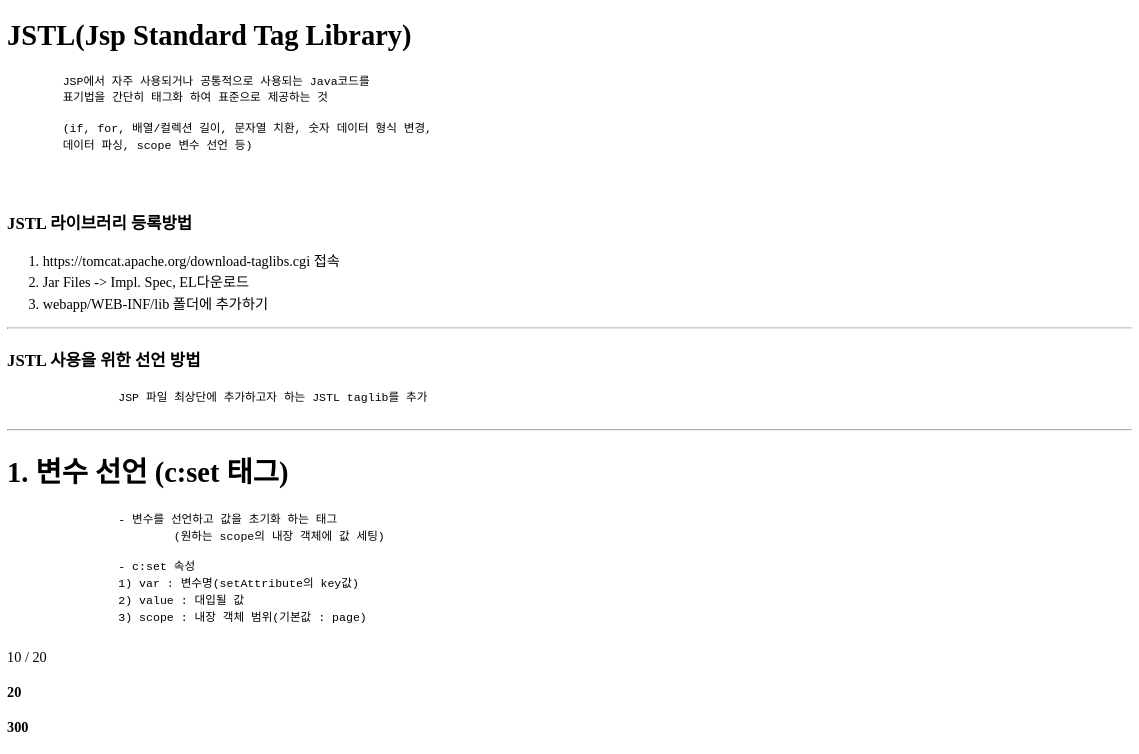
Repository: hyungjuIM/06_Server
Page: http://localhost/JSPProject2/jstl
The author's editor kept a copy of each file at every save. The page is drawn from the files as they stood at one save, then again after a run of saves.
The browser window is 1280 px wide. The pictures show the whole page, at 89% of full size.
The page is served by Tomcat 9.

Above is the page before, as saved 2023-03-21 10:34:33.

After the next 4 saves:
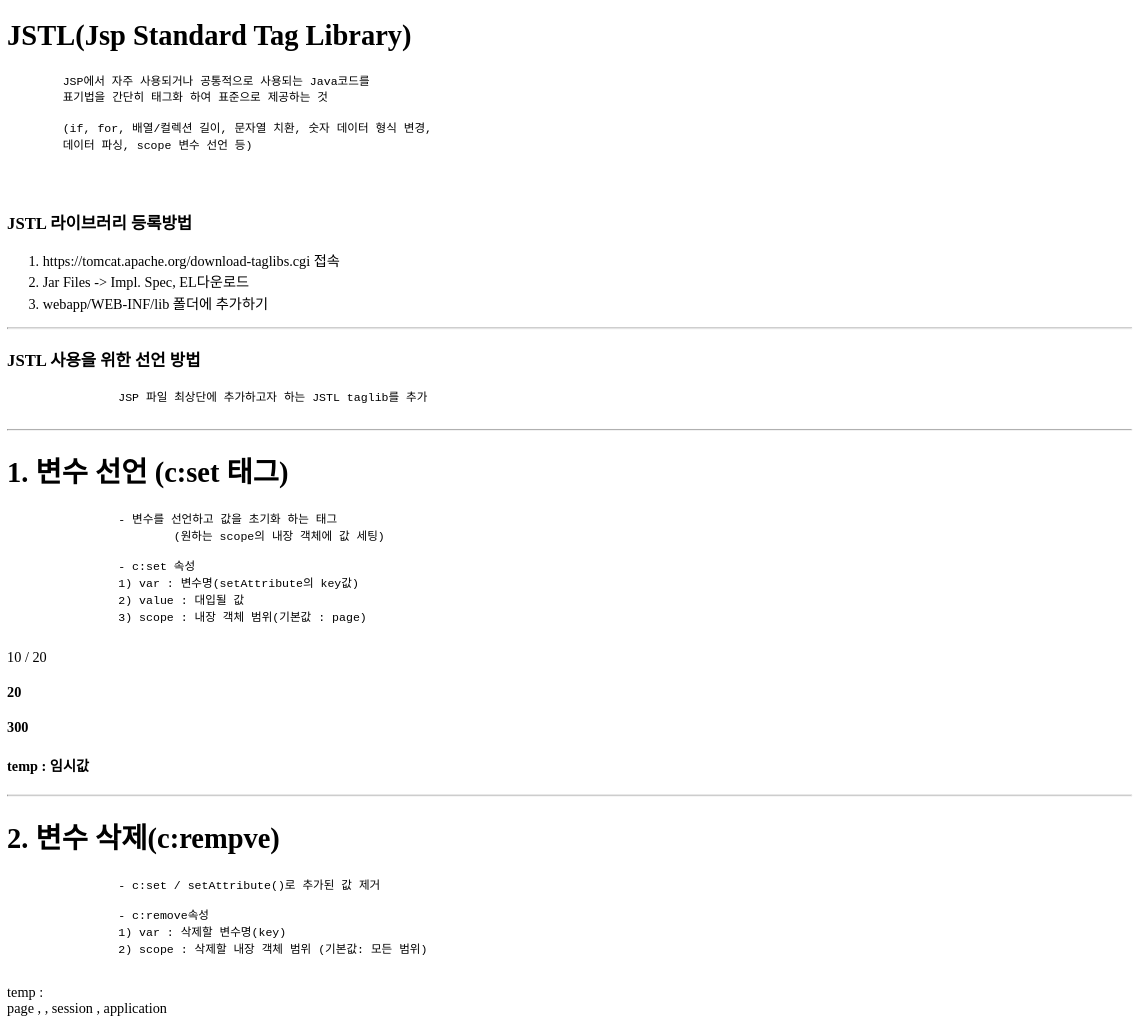
The 4 saves are shown as one change because 3 did not build or start.
The last was saved 8 min 35 s later.
--- a/JSPProject2/src/main/webapp/WEB-INF/views/jstl.jsp
+++ b/JSPProject2/src/main/webapp/WEB-INF/views/jstl.jsp
@@ -62,6 +62,34 @@
     	<h4>${num2}</h4> <!-- 20 -->
     	<h4>${requestScope.num2}</h4> <!-- 300 -->
 
+    	<c:set var="temp" value="임시값" scope="session" />
+    	<h4>temp : ${temp}</h4>
+    	<hr>
+
+    	<h1>2. 변수 삭제(c:rempve)</h1>
+    	<pre>
+    		- c:set / setAttribute()로 추가된 값 제거
+
+    		- c:remove속성
+    		1) var : 삭제할 변수명(key)
+    		2) scope : 삭제할 내장 객체 범위 (기본값: 모든 범위)
+    		</pre>
+
+    		<p>
+    		<c:remove var="temp" />
+    		temp : ${temp}<br>
+
+    		<c:set var="test" value="page" scope="page" />
+    		<c:set var="test" value="request" scope="request" />
+    		<c:set var="test" value="session" scope="session" />
+    		<c:set var="test" value="application" scope="application" />
+
+    		<c:remove var="test" scope="request"/>
+
+    		${pageScope.test} , ${requestScope.test} , ${sessionScope.test} , ${applicationScope.test}
+    		</p>
+
+
 
 </body>
 </html>
